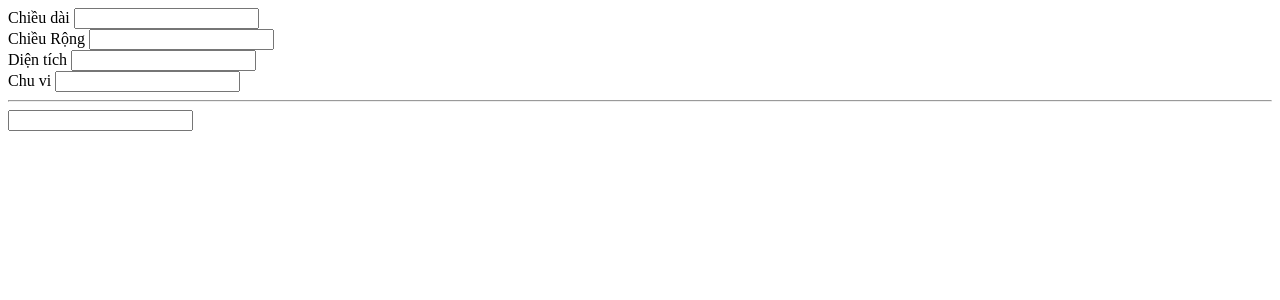
Repository: OanhBuonNgu/Lab4_AngularJS
Page: lab4.4.html
The author's editor kept a copy of each file at every save. The page is drawn from the files as they stood at one save, then again after the next save.
The browser window is 1280 px wide. The pictures show the whole page.

Above is the page before, as saved 2022-07-21 05:06:38.

### lab4.4.html
<!DOCTYPE html>
<html lang="en">

<head>
    <meta charset="UTF-8">
    <meta http-equiv="X-UA-Compatible" content="IE=edge">
    <meta name="viewport" content="width=device-width, initial-scale=1.0">
    <title>Document</title>
</head>

<body ng-app="myApp">
    <div ng-controller="info">
        <form class="form-group">
            <label for="">Chiều dài</label>
            <input ng-model="length" class="form-control" />
        </form>
        <form class="form-group">
            <label for="">Chiều Rộng</label>
            <input ng-model="width" class="form-control" />
        </form>
        <form class="form-group">
            <label for="">Diện tích</label>
            <input ng-bind="acreage" class="form-control" />
        </form>
        <form class="form-group">
            <label for="">Chu vi</label>
            <input ng-bind="perimeter" class="form-control" />
        </form>
        <hr>
        <form class="form-group">
            <input ng-model="acreage" class="form-control" />
        </form>
    </div>
</body>

</html>

After the next save:
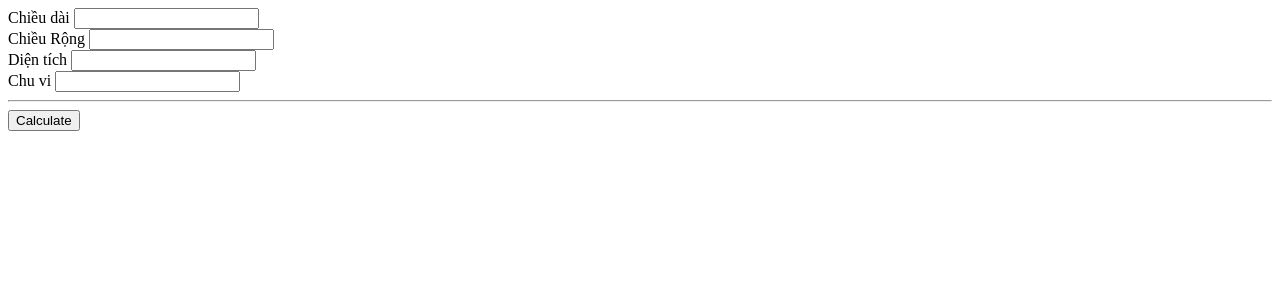
Saved 52 s later.
--- a/lab4.4.html
+++ b/lab4.4.html
@@ -28,7 +28,7 @@
         </form>
         <hr>
         <form class="form-group">
-            <input ng-model="acreage" class="form-control" />
+            <button class="btn btn-default" ng-click="calculate()">Calculate</button>
         </form>
     </div>
 </body>
